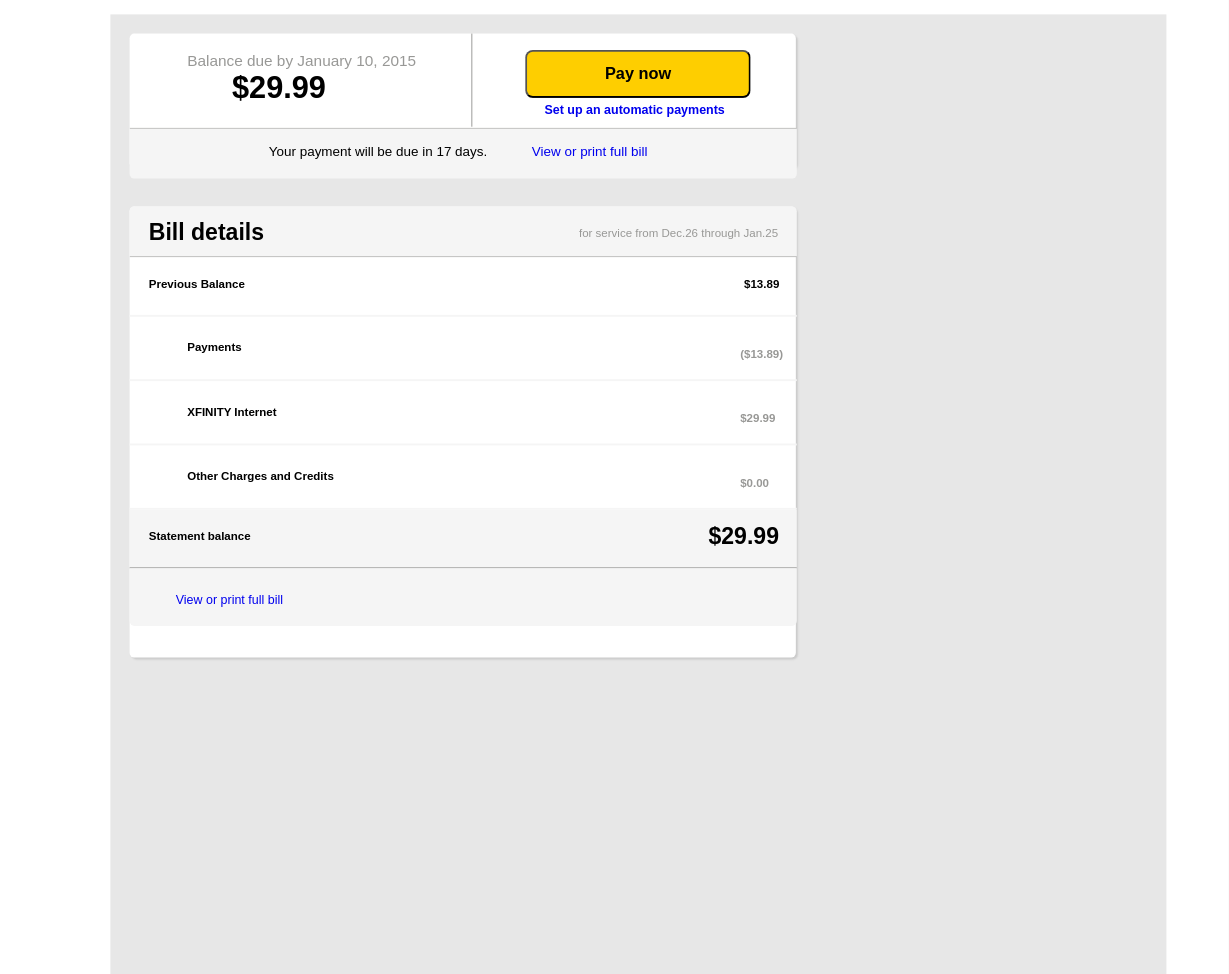
Repository: Sakivaday/UI-TSQ
Page: Aptana Studio 3 Workspace/tsq/assignment3/comcast2.html
An editor plug-in stored every save of this project. The page is shown before and after the next save, followed by the edit.
The browser window is 1280 px wide. The pictures show the whole page, at 96% of full size.
Pictures or frames that could not be fetched are drawn as grey boxes.

Above is the page before, as saved 2015-01-21 23:50:02.

### Aptana Studio 3 Workspace/tsq/assignment3/comcast2.html
<!DOCTYPE html>
<html lang="en">
	<head>


		<title>comcast2</title>
		<link href="comcst2.css" rel="stylesheet" type="text/css" media="all"/>
	</head>

	<body>
		<div class="bigbox">
			<div class="topleft1">

				<div class="cash">
					<p>Balance due by January 10, 2015</p>
					<h1>$29.99</h1>
				</div>
				<div class="pay">
					<button>Pay now</button>
					<a href="#">Set up an automatic payments</a>
				</div>
				<div class="days">
					<ul><li>
					<p>Your payment will be due in 17 days.
					<a href="#">View or print full bill</a></p>
				</li></ul>
				</div>
				</div>

			<div class="topleft2">
				<div class="billdetails">
					<h2>Bill details</h2>
					<div class="questionmark"></div>
					<p>for service from Dec.26 through Jan.25</p>
				</div>
			<div class="previousbalance">
				<p id="pb">Previous Balance</p>
				<p id="cc">$13.89</p>
			</div>
			<div class="rectbox1">
				<ul>
					<li>
						<div class="arrow"><p class="lft">Payments</p>
						</div>
						<p class="bill">($13.89)</p>
					</li></ul></div>

			<div class="rectbox1">	<ul>    <li>
						<div class="arrow"><p class="lft">XFINITY Internet</p>
						</div>
						<p class="bill">$29.99</p>
			</li></ul></div>
			<div class="rectbox1"><ul>		<li>
						<div class="arrow"><p class="lft">Other Charges and Credits</p>
						</div>
						<p class="bill">$0.00</p>
			</li></ul></div>
		<div class="statement">
					<p id="sb">Statement balance</p>
					<h2 id="p">$29.99</h2>
				</div>
				<div class="lst">
				<div class="pd">
					<a href="#">View or print full bill</a>
				</div></div>



			</div>



		</div>



	</body>
</html>

### Aptana Studio 3 Workspace/tsq/assignment3/comcst2.css
*{
	padding:0px;
	margin:0px;
	font-family: "Arial";
	text-decoration: none;
	list-style: none;
}
.bigbox {
	width:1100px;
	height: 1000px;
	margin-left:115px;
	margin-top: 15px;
	background-color: #e7e7e7;
}
.topleft1{
	width: 694px;
	height: 140px;
	background-color: white;
	box-shadow: 2px 2px 2px #cacaca;
	border-radius: 5px;
	margin-left: 20px;
	margin-top: 20px;
	display: inline-block;
}
.cash{
	float:left;
	margin-left: 30px;
	margin-top:20px;
	width: 47%;
}
.cash p{
	color: #989896;
	margin-left: 30px;
}
.cash h1{
	text-align: center;
	margin-left: -75px;
}
button{
	background-color: #fece00;
	width: 235px;
	height: 50px;
	border-radius: 8px;
	font-weight: bold;
	font-size: 17px;
	float:left;
	margin-left: 55px;
	margin-top: 17px;
}
.pay a{
	font-size: 13px;
	font-weight:600;
	margin-left: 75px;
	padding-top: 5px;
	padding-bottom: 10px;
	display: inline-block;
}
.pay{
	width: 47%;
	float:left;
	border-left: 1px solid #989896;
}
.days{
	background-color: #F5F5F5;
	border-top: 1px solid #989896;
	height: 52px;
	width: 695px;
	margin-top: 98px;
	border-radius: 0px 0px 5px 5px;
}
.days ul li p{
	margin-left: 145px;
	margin-top: 16px;
	font-size: 14px;
}
.days ul li a{
	font-size:14px;
	margin-left: 274px;
    display:inherit;
    margin-top: -17px;
}
.pdf{
	margin-left: 500px;
	margin-top: 16px;
	font-size: 14px;
}
.topleft2{
	width: 694px;
	height: 470px;
	background-color: white;
	box-shadow: 2px 2px 2px #cacaca;
	border-radius: 5px;
	margin-left: 20px;
	margin-top: 40px;
	display: inline-block;
}
.billdetails{
    background-color: #F5F5F5;
	border-bottom: 1px solid #989896;
	height: 52px;
	width: 695px;
	border-radius: 5px 5px 0px 0px;
}
.billdetails h2{
	margin-top: 13px;
	margin-left: 20px;
	float: left;
}
.questionmark{
	background: url('pictures/sprite.png') no-repeat;
	width:14px;
	height:14px;
	background-position: -200px -1300px;
	float: left;
	margin-top: 21px;
	margin-left: 10px;
}
.billdetails p{
	margin-top: -14px;
	margin-left: 328px;
	float:left;
	font-size: 12px;
	color: #989896;
}
.previousbalance{
	border-bottom: 2px solid #F5F5F5;
	height: 60px;
	width: 695px;
}
#pb{
	margin-left:20px;
	margin-top: 21px;
	font-weight:600;
	float:left;
	font-size: 12px;
}
#cc{
	margin-left:520px;
	margin-top: 21px;
	font-weight:600;
	float: left;
	font-size: 12px;
}
.arrow{
	background: url('pictures/sprite.png') no-repeat;
	width:23px;
	height:23px;
	background-position: -101px -500px;
	float: left;
	margin-top: 21px;
	margin-left: 20px;
}
.lft{
	float: left;
	margin-top: 4px;
	margin-left: 40px;
	font-weight:600;
	font-size: 12px;
	width: 160px;
}
.bill{
	float: left;
	margin-top: -12px;
	margin-left: 636px;
	font-weight:600;
	font-size: 12px;
	color: #989896;
	display:inline-block;
}
.rectbox1{
	border-bottom: 2px solid #F5F5F5;
	height: 65px;
	width: 695px;
}
.statement{
	border-bottom: 1px solid #989896;
	height: 60px;
	width: 695px;
	background-color: #F5F5F5;
}
#sb{
	margin-left:20px;
	margin-top: 21px;
	font-weight:600;
	float:left;
	font-size: 12px;
}
#p{
	margin-left: 603px;
	margin-top: -21px;
	float: left;
}
.lst{
	height: 60px;
	width: 695px;
	background-color: #F5F5F5;
	border-radius: 0px 0px 5px 5px;
}
.pd{
	background: url('pictures/sprite.png') no-repeat;
	width:22px;
	height:27px;
	background-position: -252px -300px;
	float: left;
	margin-top: 21px;
	margin-left: 10px;
}
.lst .pd a{
	float: left;
	margin-left: 38px;
	margin-top: 4px;
	font-size: 13px;
	width: 140px;
}

After the next save:
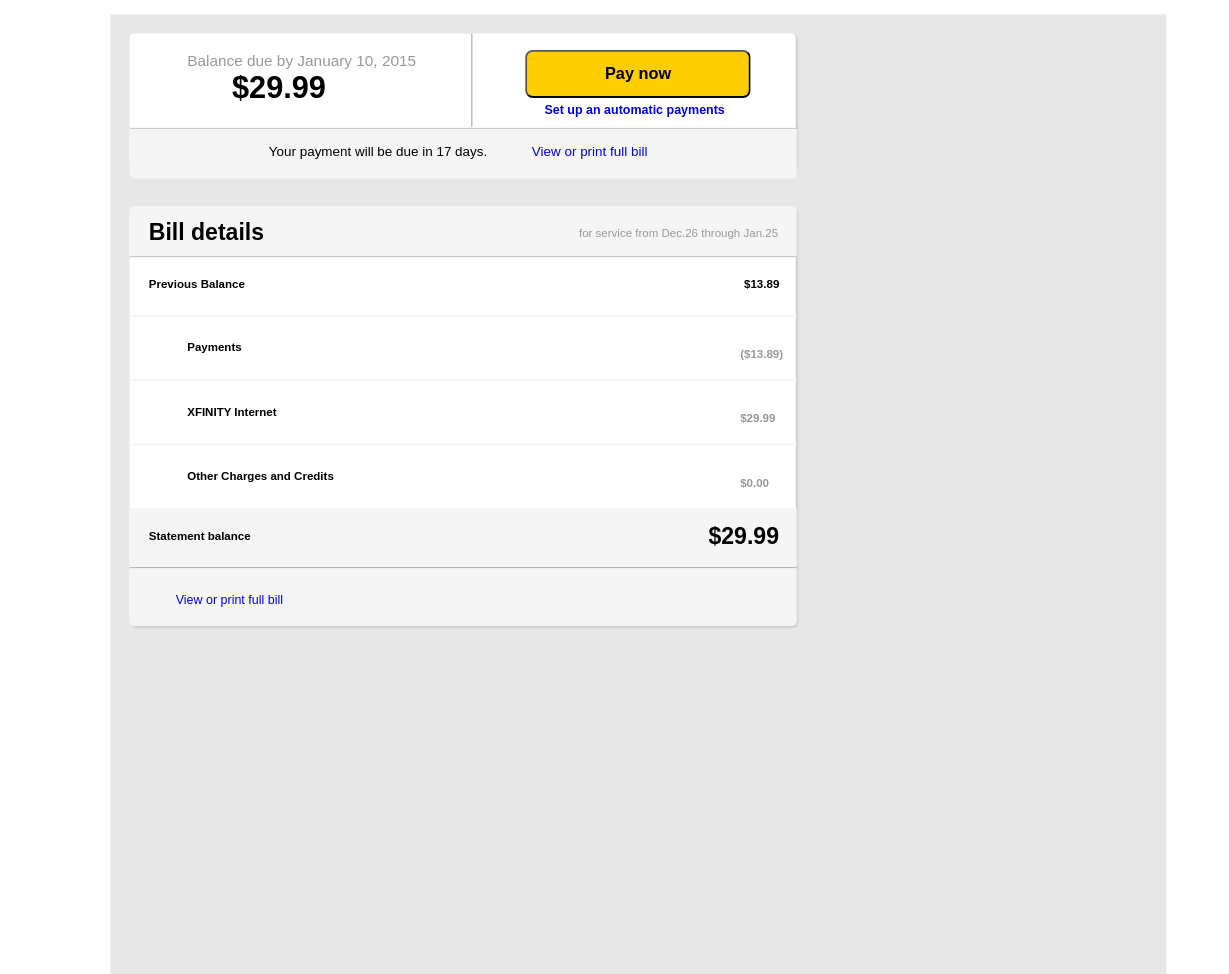
Saved 49 s later.
--- a/Aptana Studio 3 Workspace/tsq/assignment3/comcst2.css
+++ b/Aptana Studio 3 Workspace/tsq/assignment3/comcst2.css
@@ -86,7 +86,6 @@ button{
 }
 .topleft2{
 	width: 694px;
-	height: 470px;
 	background-color: white;
 	box-shadow: 2px 2px 2px #cacaca;
 	border-radius: 5px;
